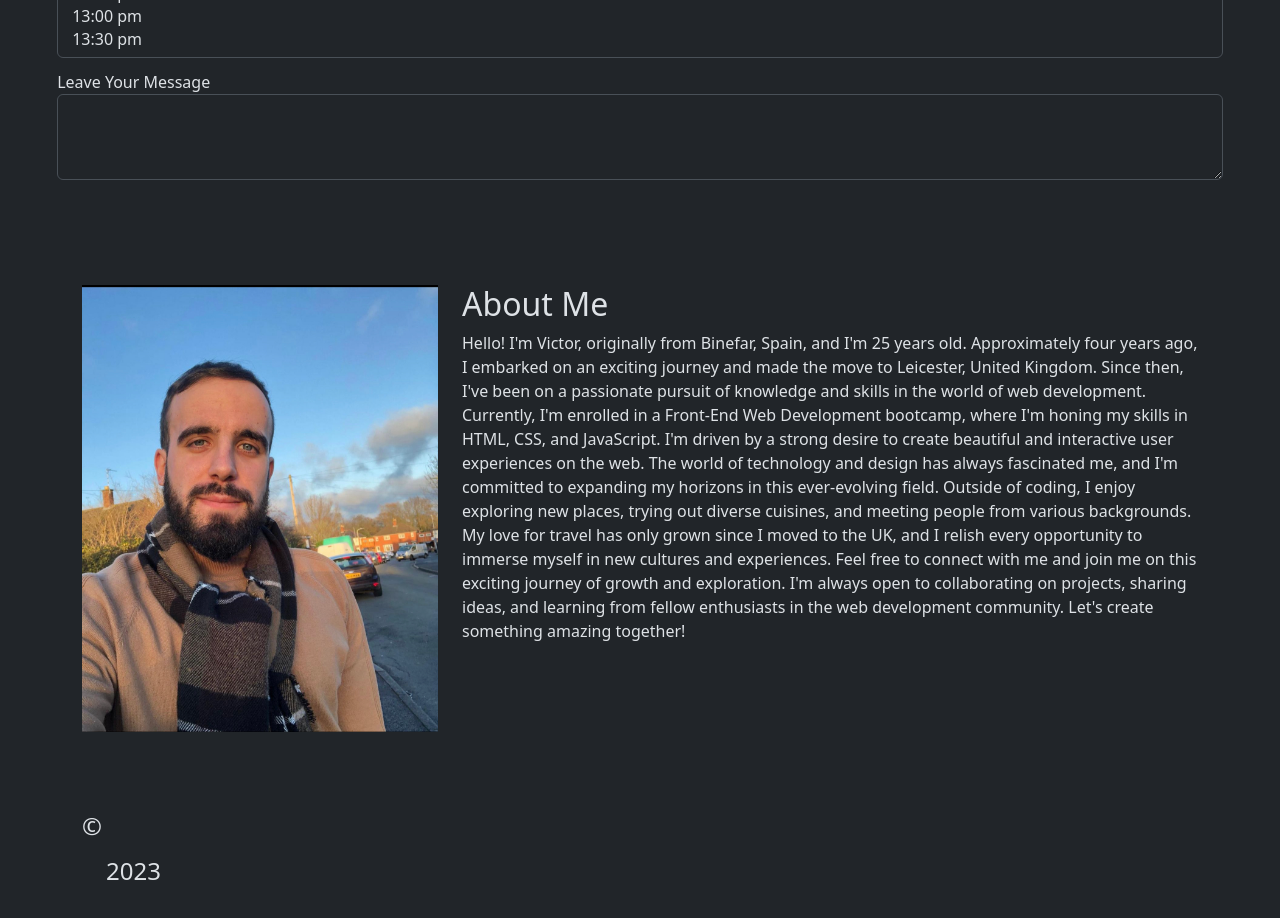
Repository: uvee35/Bootstrap-Portfolio
Page: index.html
The author's editor kept a copy of each file at every save. The page is drawn from the files as they stood at one save, then again after the next save.
The browser window is 1280 px wide. The pictures show the part of the page from y = 1857 to 2809 px (the page is 2775 px tall before and 2809 px after).
A picture or video elsewhere on the page could not be fetched, so the positions and the page height are approximate. Some web libraries are served in a nearby version.

Above is the page before, as saved 2023-12-18 21:43:26.

### index.html
<!DOCTYPE html>
<html lang="en" data-bs-theme="dark">
  <head>
    <meta charset="utf-8" />
    <meta name="viewport" content="width=device-width, initial-scale=1" />
    <title>Bootstrap demo</title>
    <link
      href="https://cdn.jsdelivr.net/npm/bootstrap@5.3.2/dist/css/bootstrap.min.css"
      rel="stylesheet"
      integrity="sha384-T3c6CoIi6uLrA9TneNEoa7RxnatzjcDSCmG1MXxSR1GAsXEV/Dwwykc2MPK8M2HN"
      crossorigin="anonymous"
    />
    <link rel="stylesheet" href="./css/style.css" />
    <link
      rel="stylesheet"
      href="https://cdnjs.cloudflare.com/ajax/libs/font-awesome/5.15.4/css/all.min.css"
    />
    <link
      href="https://cdnjs.cloudflare.com/ajax/libs/font-awesome/6.0.0-beta3/css/all.min.css"
      rel="stylesheet"
    />
  </head>
  <body>
    <!-- Navbar -->
    <nav class="navbar navbar-expand-lg navbar-light bg-dark">
      <div class="container-fluid">
        <!-- Brand/logo -->
        <a class="navbar-brand" href="#home">Victor Marques</a>
        <i class="fab fa-html5"></i>

        <!-- Toggle button for small screens -->
        <button
          class="navbar-toggler"
          type="button"
          data-bs-toggle="collapse"
          data-bs-target="#navbarNavAltMarkup"
          aria-controls="navbarNavAltMarkup"
          aria-expanded="false"
          aria-label="Toggle navigation"
        >
          <span class="navbar-toggler-icon"></span>
        </button>

        <!-- Navbar links -->
        <div
          class="collapse navbar-collapse justify-content-end"
          id="navbarNavAltMarkup"
        >
          <div class="navbar-nav">
            <a class="nav-link" href="#about-me">About Me</a>
            <a class="nav-link" href="#work">Work</a>
            <a class="nav-link" href="#skills">Skills</a>
            <a class="nav-link" href="#contact-me">Contact</a>
          </div>
        </div>
      </div>
    </nav>

    <!-- Hero Section -->
    <section class="hero-section bg-dark text-center py-5" id="hero">
      <div class="container">
        <img
          src="./css/images/victor.JPG"
          alt="Your Name"
          class="rounded-circle mb-3"
          style="width: 150px; height: 150px"
        />
        <h1 class="display-4">Victor Marques</h1>
        <p class="lead">Front-end Developer | Creative Designer</p>
        <p>
          Welcome to my professional portfolio. Here you can find a showcase of
          my work, projects I've contributed to, and the skills I bring to the
          table.
        </p>
      </div>
      <a href="#contact-me" class="btn btn-primary btn-lg">Let's Talk</a>
      <a href="#skills" class="btn btn-secondary btn-lg">My Skills</a>

    </section>

    <!-- Cards -->
    <div class="container-fluid" id="work">
      <div class="row">
        <h1 class="col-12" id="work-text">My Portfolio</h1>
        <!-- Card 1 -->
        <div class="cardContainer col-lg-3 col-md-3 col-sm-6 padding-top">
          <div class="card">
            <img
              src="./css/images/card1photo.png"
              class="card-img-top"
              alt="..."
            />
            <div class="card-body">
              <h4 class="card-title">Horiseon Website</h4>
              <p class="card-text">
                Horiseon is a website crafted with HTML and CSS, focusing on
                accessibility and search engine optimization...
              </p>
              <a
                href="https://uvee35.github.io/Victor-Module1Challenge/"
                class="btn btn-primary"
                >See Live Demo</a
              >
            </div>
          </div>
        </div>
        <!-- End card 1 -->

        <!-- Card 2 -->
        <div class="cardContainer col-lg-3 col-md-3 col-sm-6">
          <div class="card">
            <img src="./css/images/card2.png" class="card-img-top" alt="..." />
            <div class="card-body">
              <h4 class="card-title">Portfolio</h4>
              <p class="card-text">
                This portfolio website, built using HTML, CSS, and Flexbox,
                features a modern and responsive design...
              </p>
              <a
                href="https://uvee35.github.io/Challenge2-Victor/."
                class="btn btn-primary"
                >See Live Demo</a
              >
            </div>
          </div>
        </div>
        <!-- End card 2 -->

        <!-- Card 3 -->
        <div class="cardContainer col-lg-3 col-md-3 col-sm-6">
          <div class="card">
            <img src="./css/images/card3.png" class="card-img-top" alt="..." />
            <div class="card-body">
              <h4 class="card-title">NiceAdmin</h4>
              <p class="card-text">
                NiceAdmin is a website designed using HTML, CSS, and Bootstrap,
                offering a user-friendly admin and dashboard interface...
              </p>
              <a
                href="https://bootstrapmade.com/demo/NiceAdmin/"
                class="btn btn-primary"
                >See Live Demo</a
              >
            </div>
          </div>
        </div>
        <!-- End card 3 -->
        <!-- Card 4 -->
        <div class="cardContainer col-lg-3 col-md-3 col-sm-6">
          <div class="card">
            <img src="./css/images/card4.png" class="card-img-top" alt="..." />
            <div class="card-body">
              <h4 class="card-title">EstateAgency</h4>
              <p class="card-text">
                EstateAgency is a sleek, Bootstrap-based real estate website
                template, ideal for agencies and realtors...
              </p>
              <a
                href="https://bootstrapmade.com/demo/EstateAgency/"
                class="btn btn-primary"
                >See Live Demo</a
              >
            </div>
          </div>
        </div>
        <!-- End card 4 -->
      </div>
    </div>
    <!-- End cards -->

    <!-- Skills Section -->

    <div class="container-fluid" id="skills">
      <div class="row mb-4">
        <h2 class="col-12" style="text-align: center; padding-top: 20px">
          My Skills
        </h2>
      </div>

      <div class="container">
        <div class="row align-items-center mb-2">
          <div class="col-md-3">
            <span class="badge text-bg-primary">HTML5</span>
          </div>
          <div class="col-md-9">
            <div
              class="bg-primary"
              style="width: 70%; height: 20px; text-align: center"
            >
              70%
            </div>
          </div>
        </div>
        <div class="row align-items-center mb-2">
          <div class="col-md-3">
            <span class="badge text-bg-secondary">CSS</span>
          </div>
          <div class="col-md-9">
            <div
              class="bg-secondary"
              style="width: 70%; height: 20px; text-align: center"
            >
              70%
            </div>
          </div>
        </div>
        <div class="row align-items-center mb-2">
          <div class="col-md-3">
            <span class="badge text-bg-success">Flexbox</span>
          </div>
          <div class="col-md-9">
            <div
              class="bg-success"
              style="width: 85%; height: 20px; text-align: center"
            >
              85%
            </div>
          </div>
        </div>
        <div class="row align-items-center mb-2">
          <div class="col-md-3">
            <span class="badge text-bg-danger">Responsive Design</span>
          </div>
          <div class="col-md-9">
            <div
              class="bg-danger"
              style="width: 75%; height: 20px; text-align: center"
            >
              75%
            </div>
          </div>
        </div>
        <div class="row align-items-center mb-2">
          <div class="col-md-3">
            <span class="badge text-bg-warning">UX Design</span>
          </div>
          <div class="col-md-9">
            <div
              class="bg-warning"
              style="width: 75%; height: 20px; text-align: center"
            >
              75%
            </div>
          </div>
        </div>

        <p style="padding-top: 35px">
          Percentages displayed alongside my skills reflect my current
          proficiency levels. While they indicate a strong foundation in HTML5,
          CSS, Flexbox, Responsive Design, and UX Design, they also suggest room
          for further growth. I am committed to continuous learning and daily
          practice to enhance these skills. My dedication to staying updated
          with the latest industry standards and best practices ensures that I
          am always improving and ready to tackle new challenges in the
          ever-evolving field of web development.
        </p>
      </div>
    </div>

    <!-- Contact Me -->
    <div class="container-fluid" id="contact-me">

    <form style="padding: 3%" style="display: flex; justify-content: center">
      <h3>Contact Me</h3>
      <div class="form-group" style="padding-top: 2%">
        <label for="exampleFormControlInput1">Email address</label>
        <input
          type="email"
          class="form-control"
          id="exampleFormControlInput1"
          placeholder="name@example.com"
        />
      </div>
      <div class="form-group" style="margin-top: 1%">
        <label for="exampleFormControlInput1">Name/Last Name</label>
        <input type="text" class="form-control" id="description" />
      </div>
      <div class="form-group" style="margin-top: 1%">
        <label for="exampleFormControlSelect2">Select a Meeting Slot</label>
        <select multiple class="form-control" id="exampleFormControlSelect2">
          <option>10:45 pm</option>
          <option>11:30 pm</option>
          <option>13:00 pm</option>
          <option>13:30 pm</option>
        </select>
      </div>
      <div class="form-group" style="margin-top: 1%">
        <label for="exampleFormControlTextarea1">Leave Your Message</label>
        <textarea
          class="form-control"
          id="exampleFormControlTextarea1"
          rows="3"
        ></textarea>
      </div>
    </div>
    </form>

    <!-- About Me Section -->
<section class="container my-5" id="about-me">
  <div class="row">

      <div class="col-lg-4">
          <img src="./css/images/victor2.jpg" alt="Victor" class="img-fluid square">
      </div>

      <div class="col-lg-8">
          <h2>About Me</h2>
          <p>Hello! I'm Victor, originally from Binefar, Spain, and I'm 25 years old. Approximately four years ago, I embarked on an exciting journey and made the move to Leicester, United Kingdom. Since then, I've been on a passionate pursuit of knowledge and skills in the world of web development.

            Currently, I'm enrolled in a Front-End Web Development bootcamp, where I'm honing my skills in HTML, CSS, and JavaScript. I'm driven by a strong desire to create beautiful and interactive user experiences on the web. The world of technology and design has always fascinated me, and I'm committed to expanding my horizons in this ever-evolving field.

            Outside of coding, I enjoy exploring new places, trying out diverse cuisines, and meeting people from various backgrounds. My love for travel has only grown since I moved to the UK, and I relish every opportunity to immerse myself in new cultures and experiences.

            Feel free to connect with me and join me on this exciting journey of growth and exploration. I'm always open to collaborating on projects, sharing ideas, and learning from fellow enthusiasts in the web development community. Let's create something amazing together!</p>

  </div>
</section>
<footer id="footer" class="birder-top py-4">
  <div class="container">
    <div class= "d-flez justify-content-center align-items-center">
      <h4 class="pe-4 pt-2">©</h4>
      <h4 class="ps-4 pt-2">2023</h4>
    </div>
  </div>
</footer>

  </div>
</footer>



    <script
      src="https://cdn.jsdelivr.net/npm/bootstrap@5.3.2/dist/js/bootstrap.bundle.min.js"
      integrity="sha384-C6RzsynM9kWDrMNeT87bh95OGNyZPhcTNXj1NW7RuBCsyN/o0jlpcV8Qyq46cDfL"
      crossorigin="anonymous"
    ></script>
  </body>
</html>

### css/style.css
.hero-section {
    background-color: #121212; /* Dark background color */
    color: #ffffff; /* White text color for contrast */
    position: relative; /* Position relative for absolute positioning of buttons */
    z-index: 1; /* Ensure the layering is correct */
  }


  .hero-buttons {
    position: absolute;
    bottom: 20px;
    left: 50%;
    transform: translateX(-50%); /* Center the buttons */
    z-index: 2; /* Above the background image */
  }

  /* If you have a specific background image you want to use */
  .hero-section {
    background-image: url('./images/planet-1702788_1920.jpg');
    background-size: cover;
    background-position: center;
  }

  #Skills {
    border: 1px solid #ccc;
    border-radius: 5px;
    padding: 20px;
  }

  #work{
    border: 1px solid none;
    border-radius: 5px;
    padding: 20px;
  }

.col-12{
text-align: center;
 padding-top: 5px;
 padding-bottom: 2%;
}

#contact-me{
  border: 1px solid none;
    border-radius: 5px;
    padding: 20px;
}
.footer {
  background-color: #333;
  color: white;
  text-align: center;
  padding: 1rem 0;
  display: flex;
  justify-content: space-around;
  align-items: center;
  margin-bottom: auto;
  border-radius: 5px;
}
.footer__contact-info {
  display: flex;
  justify-content: space-around;
  align-items: center;
  width: 50%;
}
.social-icon {
  font-size: 2rem;
  color: var(--accent-color);
}

After the next save:
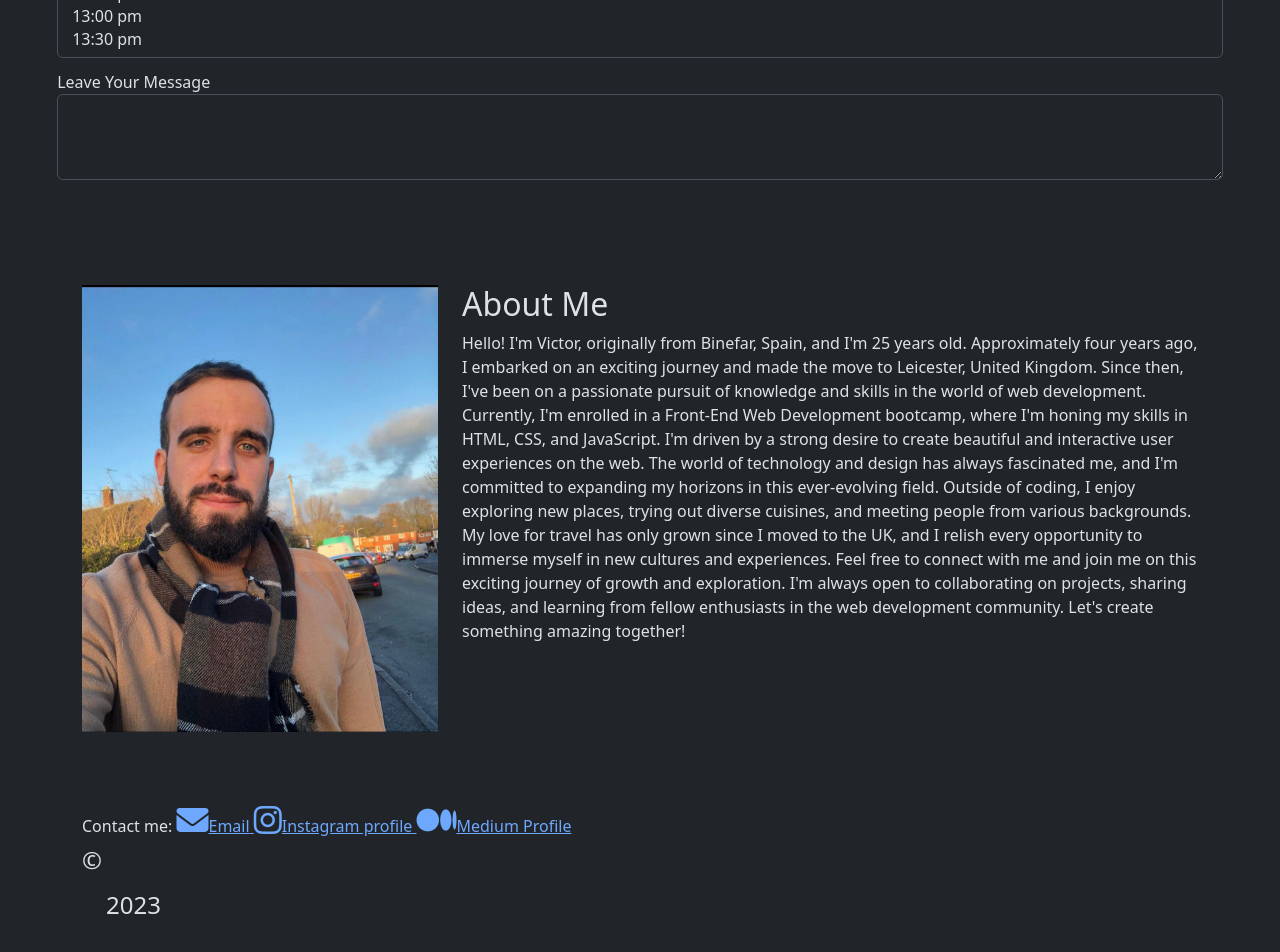
Saved 3 min 14 s later.
--- a/index.html
+++ b/index.html
@@ -318,6 +318,17 @@
 <footer id="footer" class="birder-top py-4">
   <div class="container">
     <div class= "d-flez justify-content-center align-items-center">
+      <span class="footer__contact-header">Contact me:</span>
+      <a href="mailto:victormarquesrina@hotmail.com" class="contact-link">
+        <i class="fas fa-envelope social-icon"></i><span>Email</span>
+      </a>
+      <a href="https://www.instagram.com/Uvee35" class="contact-link">
+        <i class="fab fa-instagram social-icon"></i
+        ><span>Instagram profile</span>
+      </a>
+      <a href="https://medium.com/@victor5.vm58" class="contact-link">
+        <i class="fab fa-medium social-icon"></i><span>Medium Profile</span>
+      </a>
       <h4 class="pe-4 pt-2">©</h4>
       <h4 class="ps-4 pt-2">2023</h4>
     </div>
@@ -328,6 +339,7 @@
 </footer>
 
 
+<script src="https://kit.fontawesome.com/c1bc576c12.js" crossorigin="anonymous"></script>
 
     <script
       src="https://cdn.jsdelivr.net/npm/bootstrap@5.3.2/dist/js/bootstrap.bundle.min.js"
